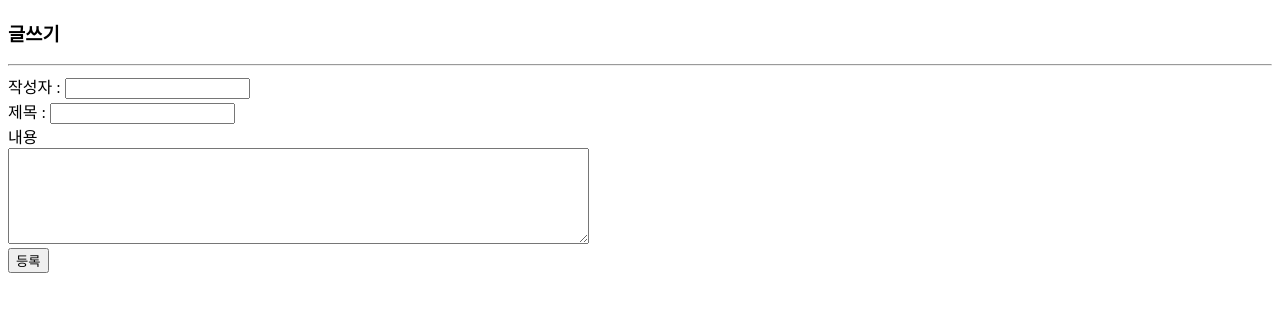
Repository: RyuJelly/211
Page: http://localhost/JSP/bean/registerForm.jsp
An editor plug-in stored every save of this project. The page is shown before and after the next save, followed by the edit.
The browser window is 1280 px wide. The pictures show the whole page.
The page is served by Tomcat 9.

Above is the page before, as saved 2021-03-24 05:24:56.

After the next save:
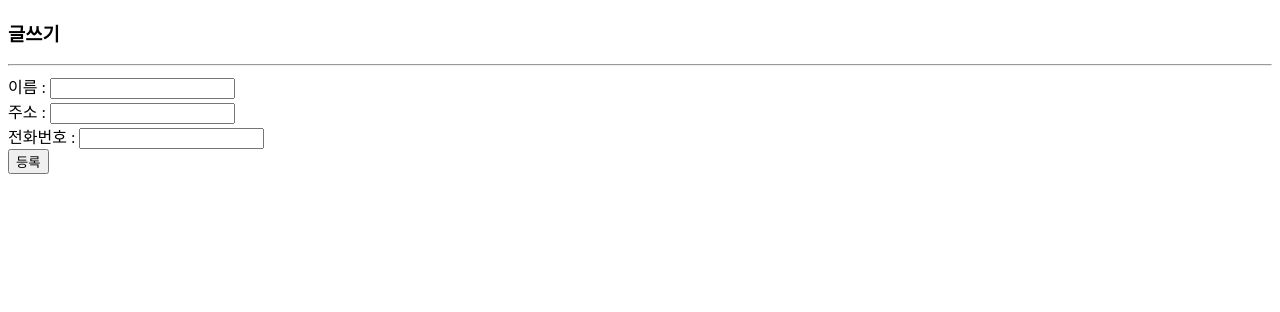
Saved 2 min 50 s later.
--- a/jsp_work/JSP/WebContent/bean/registerForm.jsp
+++ b/jsp_work/JSP/WebContent/bean/registerForm.jsp
@@ -10,11 +10,9 @@
 	<h3>글쓰기</h3>
 <hr>
 <form action="insertAction.jsp" method="post">
-	작성자 : <input type="text" name="writer"><br>
-	제목 : <input type="text" name="title"><br>
-	내용 <br>
-	<textarea rows="6" cols="70" name="contents"></textarea>
-	<br>
+	이름 : <input type="text" name="name"><br>
+	주소 : <input type="text" name="adress"><br>
+	전화번호 : <input type="text" name="phoneNum"><br>
 	<input type="submit" value="등록">
 </form>
 </body>
